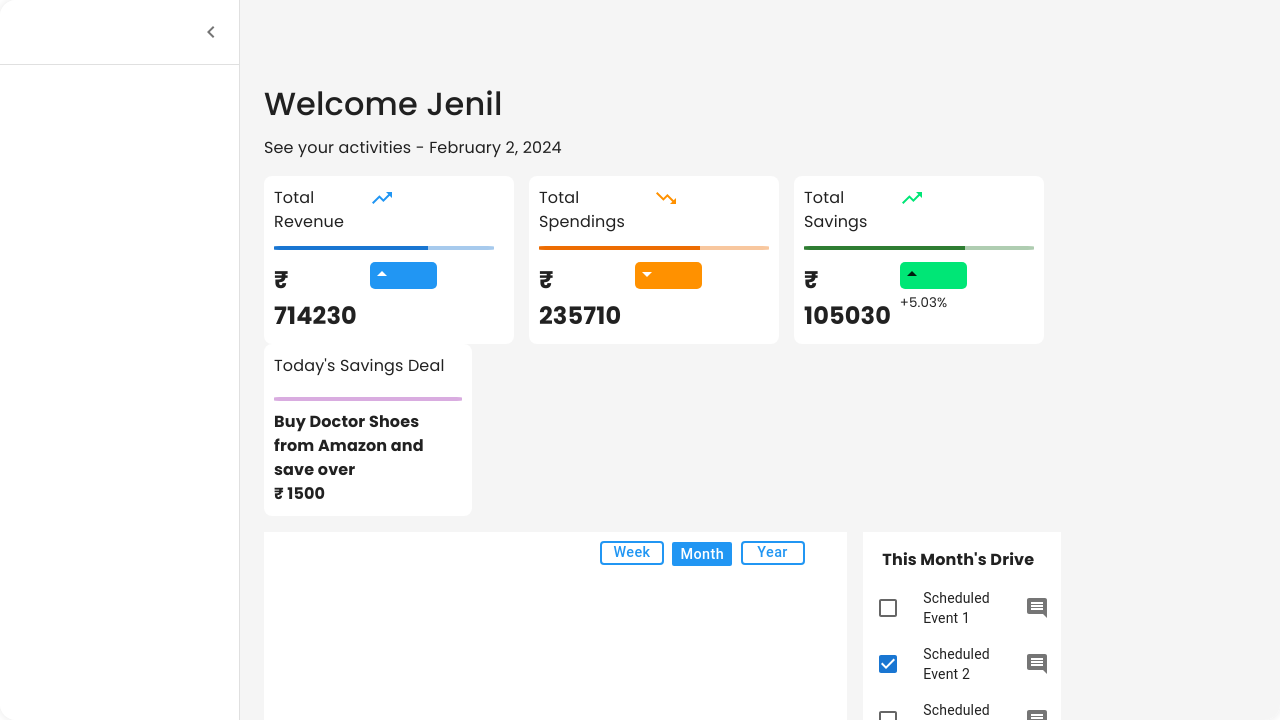
Repository: shubhampirate/Google_Solutions_Edural
Page: /dashboard
The author's editor kept a copy of each file at every save. The page is drawn from the files as they stood at one save, then again after the next save.
The browser window is 1280 px wide. The pictures show the whole page.
The page's requests for data from a server got no answer. An inner scrolling area shows only its first screen. The project was rebuilt for these pictures with package versions that can differ from the ones it lists, and the page was loaded fresh each time. Some packages were replaced by stand-ins written for this rebuild. No one was signed in, and anything a server would have sent is missing. Also part of the build but not shown: src/Components/CustomButton.jsx, src/Components/Navbar.jsx, src/Components/Footer.jsx, src/Components/CongratsCard.jsx, src/pages/Hero/Hero.jsx, src/pages/Sign_in.jsx.

Above is the page before, as saved 2024-02-03 17:14:14.

After the next save:
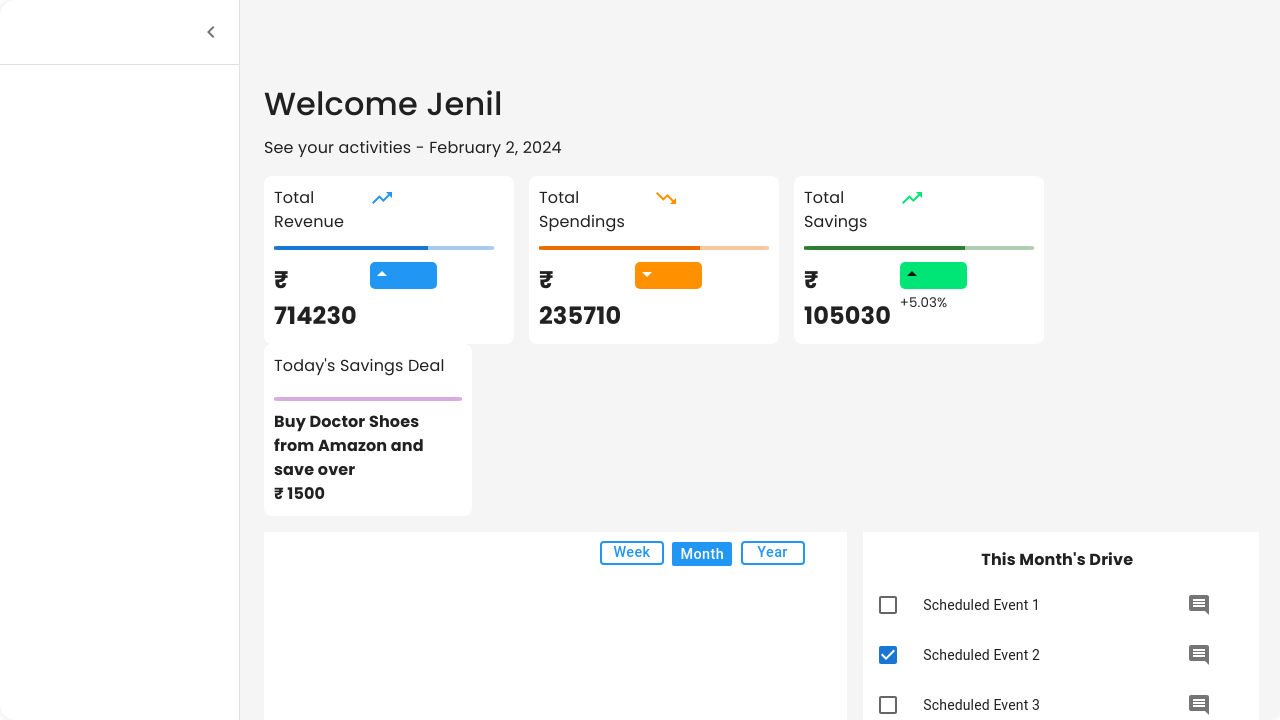
Saved 27 s later.
--- a/src/pages/Dashboard/Dashboard.jsx
+++ b/src/pages/Dashboard/Dashboard.jsx
@@ -442,7 +442,7 @@ export default function Dashboard() {
             <Grid item xs={4.75} onClick={handleClickOpenDia}>
               <Grid container spacing={2} >
 
-                <Grid item xs={6}>
+                <Grid item xs={12}>
                   <Grid container spacing={2} sx={{ backgroundColor: "white", marginBottom: "0.5rem" }}>
                     <Grid item xs={12} style={{ textAlign: "center", marginLeft: "-0.75rem", fontWeight: "600" }}>This Month's Drive</Grid>
                     <List sx={{ width: '100%', maxWidth: 360, bgcolor: 'background.paper' }}>
